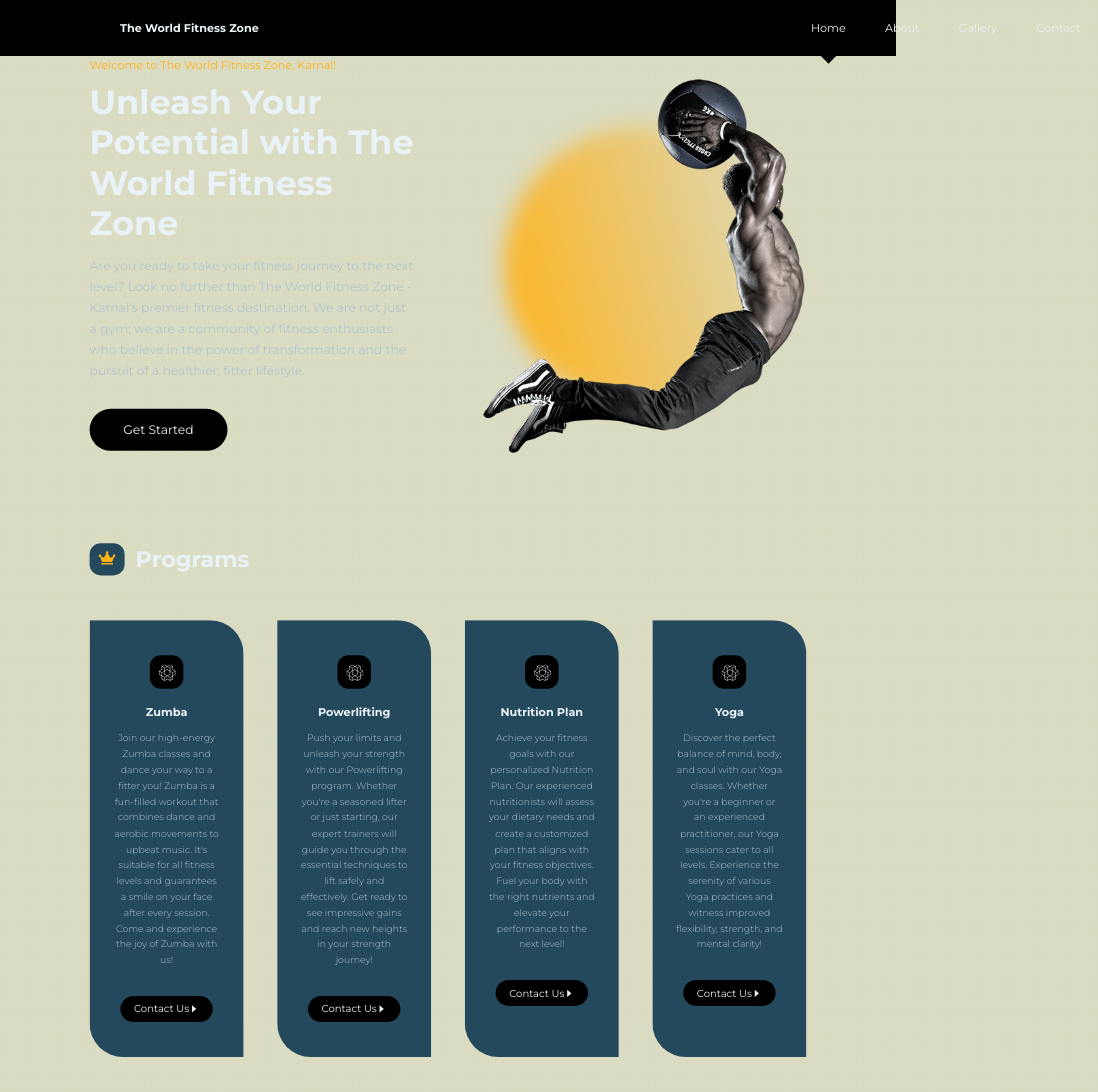
Repository: aryaMode/gym-portfolio
Page: /
These files come from the project's save history. The page is drawn as it stood at one moment and after the next save; the edit follows.
The browser window is 1280 px wide. The page is 1568 px wide, so the pictures cover 1568 px, including what lies to the right of the window. The pictures show the part of the page from y = 0 to 1560 px (the page is 4153 px tall before and 4180 px after), at 70% of full size.
The project was rebuilt for these pictures with package versions that can differ from the ones it lists, and the page was loaded fresh each time. Also part of the build but not shown: src/components/Testimonial.jsx, src/pages/about/about.css, src/components/Header.jsx, src/pages/about/About.jsx, src/pages/contact/contact.css, src/pages/contact/Contact.jsx, src/pages/gallery/gallery.css, src/pages/gallery/Gallery.jsx and 7 more.

Above is the page before, as saved 2023-07-20 18:38:09.

### public/index.html
<!DOCTYPE html>
<html lang="en">

<head>
    <meta charset="UTF-8">
    <meta http-equiv="X-UA-Compatible" content="IE=edge">
    <meta name="viewport" content="width=device-width, initial-scale=1.0">
    <title>Portfolio Website</title>
    <!-- GOOGLE FONTS (montserrat) -->
    <link href="https://fonts.googleapis.com/css2?family=Montserrat:wght@300;400;500;600;700&display=swap"
        rel="stylesheet">
</head>

<body>
    <div id="root"></div>
</body>

</html>

### src/App.jsx
// rafce -> shortcut to create component and export
import { BrowserRouter, Routes, Route } from "react-router-dom";
import React from "react";
import Home from "./pages/home/Home";
import About from "./pages/about/About";
import Contact from "./pages/contact/Contact";
import Gallery from "./pages/gallery/Gallery";
import NotFound from "./pages/notFound/NotFound";
import Plans from "./pages/plans/Plans";
import Trainers from "./pages/trainers/Trainers";
import Navbar from "./components/Navbar";
import Footer from "./components/Footer";

const App = () => {
	return (
		<BrowserRouter>
			<Navbar />
			<Routes>
				<Route index element={<Home />} />
				<Route path="about" element={<About />} />
				<Route path="contact" element={<Contact />} />
				<Route path="gallery" element={<Gallery />} />
				<Route path="plans" element={<Plans />} />
				<Route path="trainers" element={<Trainers />} />
				<Route path="*" element={<NotFound />} />
			</Routes>
			<Footer />
		</BrowserRouter>
	);
};

export default App;

### src/index.css
 *, *::before, *::after{
    margin: 0;
    padding: 0;
    border: 0;
    outline: 0;
    list-style: none;
    text-decoration: none;
    box-sizing: border-box;
 }

 /* CSS Global variable starts with :root {...} check w3school docs for more  info */
 :root{
    --primary-hue: 210;
    --gray-hue: 200;
    /* hsl (hue, saturation, lightness) */
    --color-primary: black;
    --color-primary-variant: hsl(var(--primary-hue), 100%, 65%);
    --color-secondary: #ffb116;
    --color-gray-100: hsl(var(--gray-hue), 47%, 94%); /*almost white colour lightness is almost 100%*/
    --color-gray-200: hsl(var(--gray-hue), 26%, 75%);
    --color-gray-300: hsl(var(--gray-hue), 24%, 64%);
    --color-gray-400: hsl(var(--gray-hue), 16%, 41%);
    --color-gray-500: hsl(var(--gray-hue), 44%, 25%);
    --color-gray-600: hsl(var(--gray-hue), 48%, 15%);

    --container-width-lg: 80%;
    --container-width-md: 90%;

    --transition: all 500ms ease; /* make sure all transition have a constant effect*/
 }

  /******************** GENERAL STYLES ********************/
  body{
    font-family: "Montserrat", sans-serif;
    color: var(--color-gray-200);
    line-height: 1.7;
    overflow-x: hidden;
    background: rgb(218, 220, 194) url(./images/bg_texture.png);
  }

  .container{
    width: var(--container-width-lg);
    max-width: 1920px;
    margin-inline: auto;
  }

  h1, h2, h3, h4, h5 {
    line-height: 1.2;
    color: var(--color-gray-100);
  }

  h1 {
    font-size: 3rem;
  }

  h2 {
    font-size: 2rem ;
  }

  a {
    color: var(--color-gray-100);
  }

  img{
    display: block;
    object-fit: cover;
    width: 100%;
}

.btn {
    color: var(--color-gray-100);
    width: fit-content;
    margin: 0 auto;
    padding: 0.9rem 2rem;
    background: var(--color-primary);
    border-radius: 1.5rem;
    transition: var(--transition);
}

.btn:hover {
    background: var(--color-secondary);
    color: var(--color-gray-600);
}

.btn.lg {
    padding: 1.2rem 3rem;
    border-radius: 2rem;
    font-size: 1.1rem;
}

.btn.sm {
    padding: 0.4rem 1.2rem;
    font-size: 0.9rem;
}

.btn.sm:hover {
    background: var(--color-gray-100);
}

/******************** SECTION REUSABLE STYLES ********************/
section {
    margin-top: 10rem;
}

.section__head {
    display: flex;
    align-items: center;
    gap: 1rem;
}

.section__head span {
    background: var(--color-gray-500);
    padding: 0.3rem 0.8rem 0;
    border-radius: 1rem;
    color: var(--color-secondary);
    font-size: 1.5rem;
}

.card {
    background: var(--color-gray-500);
    border: 2px solid transparent;
    text-align: center;
    padding: 3rem 2rem;
    border-radius: 0 3rem 0 3rem;
    transition: var(--transition);
}

.card:hover {
    background: transparent;
    border-color: var(--color-gray-400);
    cursor: default;
}

.card span {
    width: 3rem;
    height: 3rem;
    background: var(--color-primary);
    color: var(--color-gray-100);
    font-size: 1.5rem;
    padding: 0.8rem;
    display: grid;
    place-items: center;
    margin-bottom: 1.5rem;
    margin-inline: auto;
    border-radius: 1rem;
    transition: var(--transition);
}

.card:hover span {
    background: var(--color-secondary);
    color: var(--color-gray-500)
}

.card small {
    margin-top: 1rem;
    display: block;
    font-weight: 300;
}

.header {
    margin-top: 5rem;
    height: 20rem;
    overflow: hidden;
    border-bottom: 2px solid var(--color-gray-400);
}

.header__container {
    width: 100%;
    height: 100%;
    position: relative;
    display: grid;
    place-items: center;
    background: #0000;
}

.header__container-lg {
    position: absolute;
    width: 100%;
}

.header__container-lg img {
    opacity: 0.5;
}

.header__content {
    position: relative;
    width: 44%;
    margin: 0 auto;
    text-align: center;
    color: var(--color-gray-100);
}

.header__content h2 {
    margin-bottom: 1rem;
}

.header__content p {
    color: rgba(255, 255, 255, 0.7, green, blue, alpha);
}






/******************** MEADIA QUERIES (medium screens) ********************/
@media screen and (max-width: 1024px) {
    .container {
        width: var(--container-width-md);
    }

    h1 {
        font-size: 2rem;
    }

    h2 {
        font-size: 1.6rem;
    }

    .header__content {
        width: 76%;
    }
}

/******************** MEADIA QUERIES (small screens) ********************/
@media screen and (max-width: 600px) {
    h1 {
        font-size: 2.2rem;
        line-height: 1.3;
    }

    section {
        margin-top: 7rem;
    }

    .header {
        height: fit-content;
    }

    .header__content {
        width: var(--container-width-md);
        padding: 3rem 0;
    }

    .header__content p {
        font-size: 0.85rem;
    }
}

### src/pages/home/Home.jsx
import React from "react";
import "./home.css";
import MainHeader from "../../components/MainHeader";
import Program from "../../components/Program";
import Values from "../../components/Values";
import FAQs from "../../components/FAQs";
import Testimonial from "../../components/Testimonial";
// import Footer from "../../components/Footer";

const Home = () => {
	return (
		<>
			<MainHeader />
			<Program />
			<Values />
			<FAQs />
			{/* <Testimonial /> */}
			{/* <Footer /> comment this out so footer wount be double */}
		</>
	);
};

export default Home;

### src/components/Navbar.jsx
import { useState } from "react";
import {logoName} from "../data";
import { Link, NavLink } from "react-router-dom";
// NavLink comes with an isactive prop which we can use to detect which page we on
// so we can have a special style for that link
import React from "react";
import Logo from "../images/logo.png";
import { links } from "../data";
import { GoThreeBars } from "react-icons/go";
import { MdOutlineClose } from "react-icons/md";
import "./navbar.css";

const Navbar = () => {
	const [isNavShowing, setIsNavShowing] = useState(false);

	const handleNavToggle = () => {
		return setIsNavShowing((prevVAlue) => {
			return !prevVAlue;
		});
	};

	return (
		<nav>
			<div className="container nav__container">
				<Link to="/" className="logo" onClick={handleNavToggle}>
					{/* <img src={Logo} alt="Nav-logo" /> */}
					<div>{logoName}</div>
				</Link>
				<ul
					className={`nav__links ${isNavShowing ? "show__nav" : "hide__nav"}`}
				>
					{/* Destructure the links array of object from the links to get each item */}
					{links.map(({ name, path }, index) => {
						return (
							<li key={index}>
								<NavLink
									to={path}
									className={({ isActive }) => (isActive ? "active-nav" : "")}
									onClick={handleNavToggle}
								>
									{name}
								</NavLink>
							</li>
						);
					})}
				</ul>
				<button onClick={handleNavToggle} className="nav__toggle-btn">
					{isNavShowing ? <MdOutlineClose /> : <GoThreeBars />}
				</button>
			</div>
		</nav>
	);
};

export default Navbar;

// export PATH=$PATH:/home/daveworld/bin

### src/components/Footer.jsx
import React from "react";
import { Link } from "react-router-dom";
import {logoName} from "../data";
import Logo from "../images/logo.png";
import { FaYoutube } from "react-icons/fa";
import { FaFacebookF } from "react-icons/fa";
import { AiOutlineTwitter } from "react-icons/ai";
import { AiFillInstagram } from "react-icons/ai";

const Footer = () => {
	return (
		<footer>
			<div className="container footer__container">
				<article>
					<Link to="/" className="logo">{logoName}
					</Link>
					<p>
					Unleash Your Potential with The World Fitness Zone
					</p>
					<div className="footer__socials">
						<a
							href="https://youtube.com/@Thesandeep325"
							target="_blank"
							rel="noreferrer noopener"
						>
							<FaYoutube />
						</a>
						<a
							href="https://www.facebook.com/profile.php?id=100000823973714&mibextid=LQQJ4d"
							target="_blank"
							rel="noreferrer noopener"
						>
							<FaFacebookF />
						</a>

						<a
							href="https://instagram.com/the_world_fitness_zone_?igshid=MzRlODBiNWFlZA=="
							target="_blank"
							rel="noreferrer noopener"
						>
							<AiFillInstagram />
						</a>
					</div>
				</article>

				<article>
					<h4>Links</h4>
					<Link to="/about">About</Link>
					<Link to="/gallery">Gallery</Link>
					<Link to="/contact">Contact</Link>
				</article>

			</div>
			<br />
			<br />
			<br />
			<br />
		</footer>
	);
};

export default Footer;

### src/components/MainHeader.jsx
import React from "react";
import { Link } from "react-router-dom";
import Image from "../images/main_header.png";

const MainHeader = () => {
	return (
		<header className="main__header">
			<div className="container main__header-container">
				<div className="main__header-left">
					<h4>Welcome to The World Fitness Zone, Karnal!</h4>
					<h1>Unleash Your Potential with The World Fitness Zone

</h1>
					<p>
					Are you ready to take your fitness journey to the next level? Look no further than The World Fitness Zone - Karnal's premier fitness destination. We are not just a gym; we are a community of fitness enthusiasts who believe in the power of transformation and the pursuit of a healthier, fitter lifestyle.
					</p>
					<Link to="/contact" className="btn lg">
						Get Started
					</Link>
				</div>
				<div className="main__header-right">
					<div className="main__header-circle"></div>
					<div className="main__header-image">
						<img src={Image} alt="MainHeaderImage" />
					</div>
				</div>
			</div>
		</header>
	);
};

export default MainHeader;

### src/components/Program.jsx
import React from "react";
import { FaCrown } from "react-icons/fa";
import SectionHead from "./SectionHead";
import { programs } from "../data";
import Card from "../UI/Card";
import { Link } from "react-router-dom";
import { AiFillCaretRight } from "react-icons/ai";

const Program = () => {
	return (
		<section className="programs">
			<div className="container programs container">
				<SectionHead icon={<FaCrown />} title="Programs" />

				<div className="program__wrapper">
					{programs.map(({ id, icon, title, info, path }) => {
						return (
							<Card className="programs__program" key={id}>
								<span>{icon}</span>
								<h4>{title}</h4>
								<small>{info}</small>
								<Link to={path} className="btn sm">
									Contact Us <AiFillCaretRight />
								</Link>
							</Card>
						);
					})}
				</div>
			</div>
		</section>
	);
};

export default Program;

### src/components/Values.jsx
import React from "react";
import Image from "../images/values.jpg";
import SectionHead from "./SectionHead";
import { GiCutDiamond } from "react-icons/gi";
import { values } from "../data";
import Card from "../UI/Card";

const Values = () => {
	return (
		<section className="values">
			<div className="container values__container">
				<div className="values__left">
					<div className="values__image">
						<img src={Image} alt="values Image" />
					</div>
				</div>
				<div className="values__right">
					<SectionHead icon={<GiCutDiamond />} title="Values" />
					<p>
					We believe in empowering individuals to take charge of their fitness journey, unlocking their full potential, and transforming their lives through dedication and perseverance.
					</p>
					<div className="values__wrapper">
						{values.map(({ id, icon, title, desc }) => {
							return (
								<Card className="values__value" key={id}>
									<span>{icon}</span>
									<h4>{title}</h4>
									<small>{desc}</small>
								</Card>
							);
						})}
					</div>
				</div>
			</div>
		</section>
	);
};

export default Values;

### src/components/FAQs.jsx
import React from "react";
import { FaQuestion } from "react-icons/fa";
import { faqs } from "../data";
import FAQ from "./FAQ";
import SectionHead from "./SectionHead";
const FAQs = () => {
	return (
		<section className="faqs">
			<div className="container faqs__container">
				<SectionHead icon={<FaQuestion />} title="FAQs" />
				<div className="faqs__wrapper">
					{faqs.map(({ id, question, answer }) => {
						return <FAQ key={id} question={question} answer={answer} />;
					})}
				</div>
			</div>
		</section>
	);
};

export default FAQs;

### src/UI/Card.jsx
import React from "react";

const Card = ({ className, children }) => {
	return <article className={`card ${className}`}>{children}</article>;
};

export default Card;

### src/components/navbar.css
nav{
    height: 5rem;
    width: 100vw; /*100% of the window/browser*/
    background: var(--color-primary);
    display: grid;
    place-items: center;
    position: fixed; /*commnt this to see hiden layers*/
    top: 0;
    left: 0;
    z-index: 99; /* makes sure it sit on all items*/
}

/* Only show on medium and small screens */
.nav__toggle-btn {
    display: none;
}

.nav__container {
    height: 100%;

    display: flex;
    justify-content: space-between;
    align-items: center;
    position: relative;
}

.logo{
    width: 100vw;
    font-size: 1rem;
    font-weight: bold;
    margin-right: 50px;
    display: flex;
}

.nav__links{
    display: flex;
    gap: 3.5rem;
    align-items: center;
}

.nav__links a {
    transition: var(--transition);
}

.nav__links a:hover {
    color: var(--color-secondary);
}

.active-nav {
    position: relative;
}

.active-nav::after{
    content: "";
    display: block;
    width: 1.2rem;
    height: 1.2rem;
    background-color: var(--color-primary);
    position: absolute;
    left: calc(50% - 0.6rem);
    transform: rotate(45deg);
    margin-top: 0.9rem;
}

 /******************** MEDIA QUERIES (mesium and small screens) ********************/
 @media screen and (max-width: 1024px) {
    .nav__toggle-btn {
        display: inline-block;
        background: transparent;
        font-size: 1.8rem;
        cursor: pointer;
    }

    .nav__toggle-btn svg{
        color: var(--color-gray-100);
    }

    .nav__links {
        position: absolute;
        top: 100%;
        right: 0;
        flex-direction: column;
        gap: 0;
        perspective: 400px;
    }

    .active-nav {
        display: none;
    }

    .active-nav, .active-nav::after{
        display: none;
    }

    .nav__links li {
        height: 4rem;
        width: 100%;
        box-shadow: -2rem 2rem 5rem rgba(0, 0, 0, 0.5);
        animation: navAnimation 600ms ease forwards;
        transform: rotateX(90deg);
        opacity: 0;
        transform-origin: top;
    }

    .nav__links li:nth-child(2) {
        animation-delay: 200ms;
    }
    .nav__links li:nth-child(3) {
        animation-delay: 400ms;
    }
    .nav__links li:nth-child(4) {
        animation-delay: 600ms;
    }
    .nav__links li:nth-child(5) {
        animation-delay: 800ms;
    }
    .nav__links li:nth-child(6) {
        animation-delay: 1s;
    }
    .nav__links li:nth-child(7) {
        animation-delay: 1.2s;
    }

    @keyframes navAnimation {
        to {
            transform: rotateX(0);
            opacity: 1;
        }
    }

    .nav__links li a {
        background-color: var(--color-primary);
        height: 100%;
        width: 100%;
        display: flex;
        align-items: center;
        padding: 1rem 5rem 1rem 3rem;
    }

    .show__nav {
        display: flex;
    }

    .hide__nav {
        display: none;
    }

    .logo{
        text-align: start !important;
    }

 }

### src/components/SectionHead.jsx
import React from "react";

// A reuseable component for each section name
const SectionHead = ({ icon, title, className }) => {
	return (
		<div className={`section__head ${className}`}>
			<span>{icon}</span>
			<h2>{title}</h2>
		</div>
	);
};

export default SectionHead;

### src/components/FAQ.jsx
import React, { useState } from "react";
import { AiOutlinePlus } from "react-icons/ai";
import { AiOutlineMinus } from "react-icons/ai";

const FAQ = ({ question, answer }) => {
	const [isAnswerShowing, setIsAnswerShowing] = useState(false);

	const handleFAQ = () => {
		return setIsAnswerShowing((prevValue) => {
			return !prevValue;
		});
	};

	return (
		<article className="faq" onClick={handleFAQ}>
			<div>
				<h4>{question}</h4>
				<button className="faq__icon">
					{isAnswerShowing ? <AiOutlineMinus /> : <AiOutlinePlus />}
				</button>
			</div>
			{isAnswerShowing && <p>{answer}</p>}
		</article>
	);
};

export default FAQ;

Loaded but not shown: src/index.js (common file); src/data.js (331 lines, source omitted); src/pages/home/home.css (422 lines, source omitted)

After the next save:
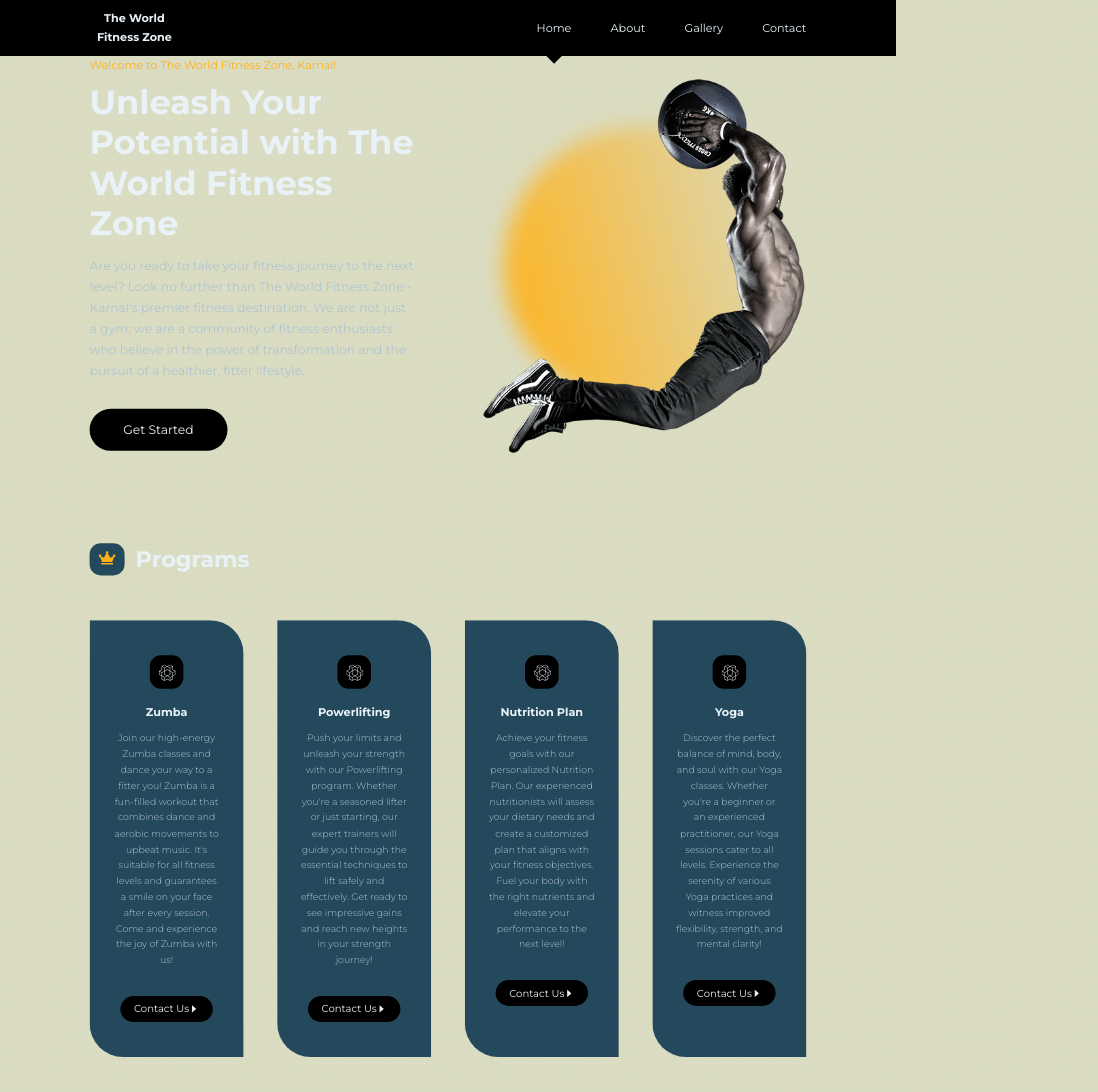
Saved 6 s later.
--- a/src/components/navbar.css
+++ b/src/components/navbar.css
@@ -25,7 +25,7 @@ nav{
 }
 
 .logo{
-    width: 100vw;
+    width: 10vw;
     font-size: 1rem;
     font-weight: bold;
     margin-right: 50px;
